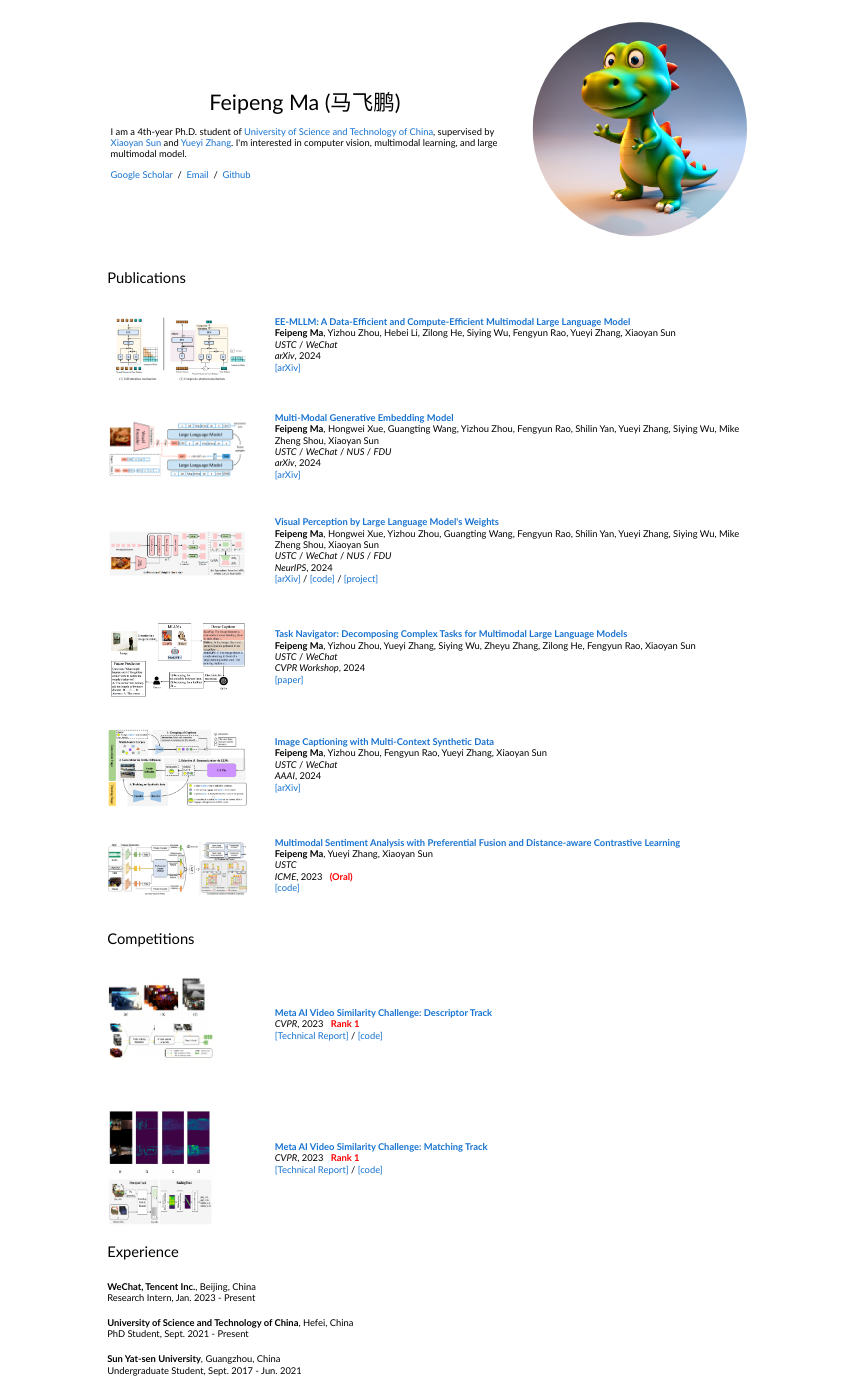
Repository: FeipengMa6/FeipengMa6.github.io
Page: index.html
An editor plug-in stored every save of this project. The page is shown before and after a run of saves, followed by the edit.
The browser window is 1280 px wide. The pictures show the whole page, at 67% of full size.

Above is the page before, as saved 2024-10-11 17:46:23.

After the next 3 saves:
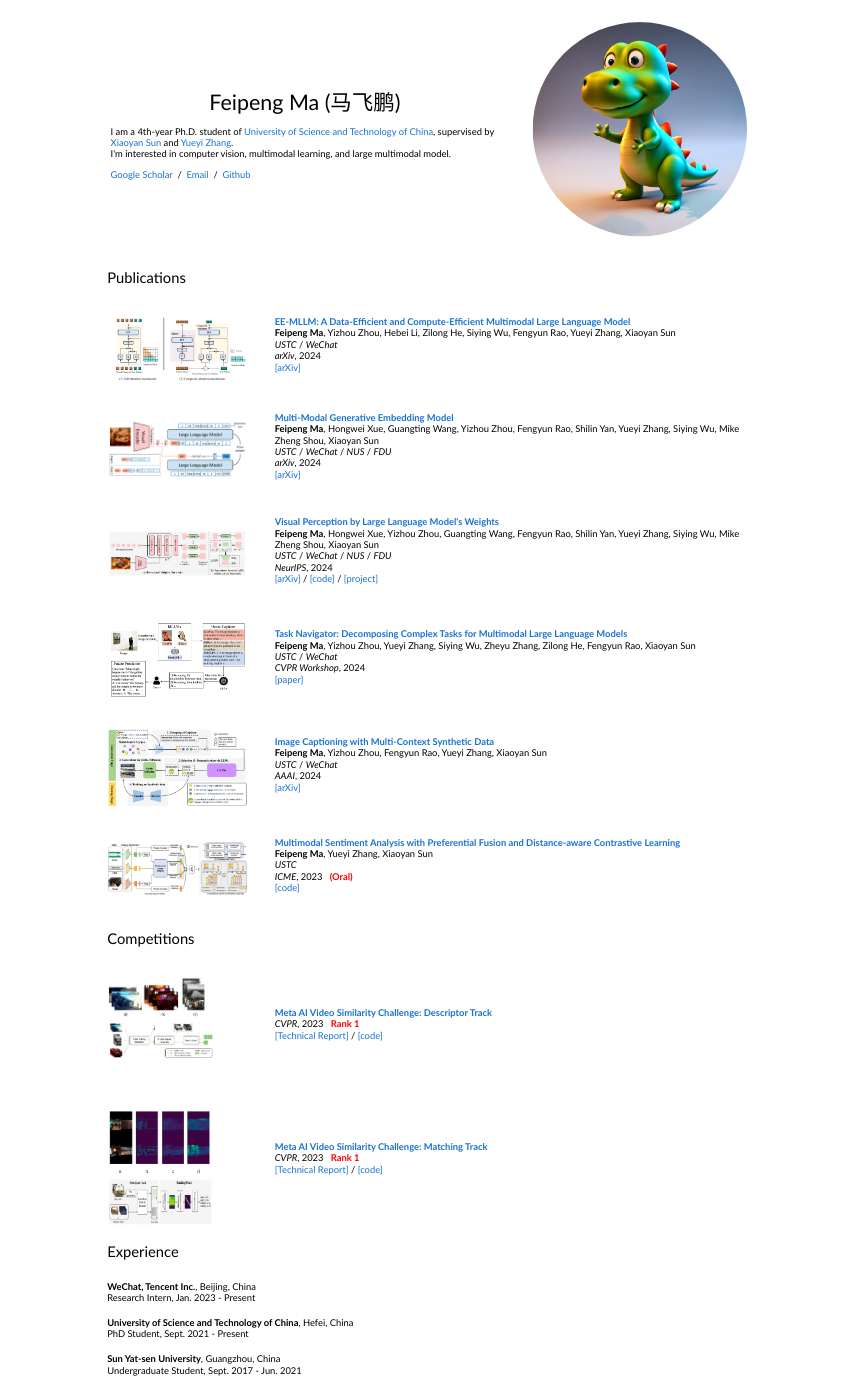
The 3 saves are shown as one change because they came seconds apart.
The last was saved 71 s later.
--- a/index.html
+++ b/index.html
@@ -18,8 +18,8 @@
                   Feipeng Ma (马飞鹏)
                 </p>
                 <p>I am a 4th-year Ph.D. student of <a href="https://en.ustc.edu.cn/">University of Science and Technology of China</a>, supervised by <a href="https://scholar.google.com/citations?user=VRG3dw4AAAAJ&hl=zh-CN">Xiaoyan Sun</a> and <a href="https://scholar.google.com/citations?user=LatWlFAAAAAJ&hl=zh-CN&oi=ao">Yueyi Zhang</a>.
-
-                  I'm interested in computer vision, multimodal learning, and large multimodal model.
+                <br>
+                I'm interested in computer vision, multimodal learning, and large multimodal model.
                 </p>
                 <p style="text-align:left">
                   <a href="https://scholar.google.com/citations?user=ZDxabCwAAAAJ&hl=zh-CN&oi=ao">Google Scholar</a> &nbsp;/&nbsp;
